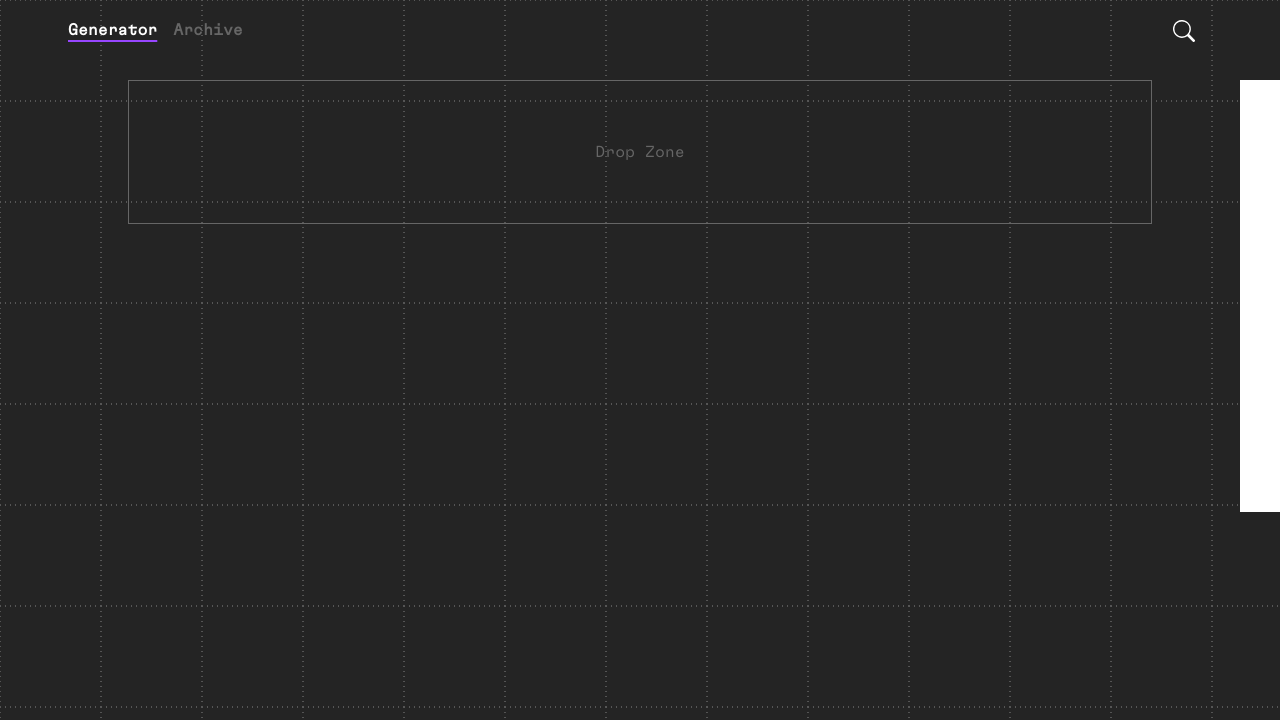
Repository: CastleBelll/project2
Page: / (app in job_app/)
The author's editor kept a copy of each file at every save. The page is drawn from the files as they stood at one save, then again after the next save.
The browser window is 1280 px wide. The pictures show the whole page.
The project was rebuilt for these pictures with package versions that can differ from the ones it lists, and the page was loaded fresh each time. Also part of the build but not shown: job_app/src/Archive/ArchiveMain.css, job_app/src/Archive/ArchiveMain.js, job_app/src/Archive/ArchiveLeft.css, job_app/src/Archive/ArchiveLeft.js, job_app/src/Archive/ArchiveHeader.css, job_app/src/Archive/ArchiveHeader.js, job_app/src/Archive/ArchiveInfo.css, job_app/src/Archive/ArchiveInfo.js and 1 more.

Above is the page before, as saved 2024-12-15 12:55:58.

### job_app/src/App.js
import React, { useEffect } from 'react';
import { BrowserRouter as Router, Routes, Route, Navigate, Link, useLocation } from 'react-router-dom';
import { Container, Navbar, Nav } from 'react-bootstrap';
import { BsSearch } from 'react-icons/bs'; // 검색 아이콘 가져오기
import './App.css';
import Archive from './Archive/Archive';
import Generator from './Generator/Generator';
import 'bootstrap/dist/css/bootstrap.min.css';
import './styles/fonts.css';

function Navigation() {
  const location = useLocation(); // 현재 경로를 가져오기

  return (
    <Navbar expand="lg">
      <Navbar.Collapse id="navbarNav">
        <Nav className="nav-links">
          <Nav.Item>
            <Nav.Link
              as={Link}
              to="/generator"
              className={`nav-link ${location.pathname === '/generator' ? 'active' : ''}`}
            >
              Generator
            </Nav.Link>
          </Nav.Item>
          <Nav.Item>
            <Nav.Link
              as={Link}
              to="/archive"
              className={`nav-link ${location.pathname === '/archive' ? 'active' : ''}`}
            >
              Archive
            </Nav.Link>
          </Nav.Item>
        </Nav>
      </Navbar.Collapse>
      <div className="search-icon">
        <BsSearch />
      </div>
    </Navbar>
  );
}

function App() {
  const location = useLocation();

  useEffect(() => {
    // Archive 경로일 때 body에 'archive-active' 클래스를 추가
    if (location.pathname === '/archive') {
      document.body.classList.add('archive-active');
    } else {
      document.body.classList.remove('archive-active');
    }
  }, [location.pathname]);

  return (
    <div className="app-container">
      <Navigation /> {/* 네비게이션 컴포넌트 사용 */}
      <Container className="content">
        <Routes>
          {/* 기본 경로로 이동 시 /generator로 리디렉션 */}
          <Route path="/" element={<Navigate to="/generator" />} />
          <Route path="/archive" element={<Archive />} />
          <Route path="/generator" element={<Generator />} />
        </Routes>
      </Container>
    </div>
  );
}

export default function MainApp() {
  return (
    <Router>
      <App /> {/* App 컴포넌트는 이제 Router 내부에 위치 */}
    </Router>
  );
}

### job_app/src/App.css
/* 글로벌 스타일 */
body {
  font-family: 'CustomEnglishFont', sans-serif !important;;
  overflow: hidden;
}

/* 한글 전용 스타일 */
body:lang(ko) {
  font-family: 'CustomKoreanFont', sans-serif !important;;
}
/* 전체 앱 컨테이너 */
.app-container {
  display: flex;
  flex-direction: column;
  height: 100vh;
  max-width: 100%;
  max-height: 100%;
  overflow: hidden;
  background-color: #242424; /* 기본 배경색을 #242424로 변경 */
}

/* 네비게이션 바 */
.navbar {
  position: fixed;
  top: 0;
  left: 0;
  width: 100%;
  height: 60px;
  display: flex;
  z-index: 4000; /* 네비게이션 바가 다른 요소 위에 오도록 설정 */
  background-color: #242424; /* 네비게이션 바 배경색 변경 */
  background-image: url('./background_square.png'); /* 이미지 파일 경로 */
  background-repeat: repeat;  /* 가로 및 세로로 반복 */
}

/* Generator 활성화 시 배경 이미지 적용 */
body.generator-active .navbar {
  background-image: url('./background_square.png'); /* Generator 활성화 시 배경 이미지 */
  background-repeat: repeat; /* 가로 및 세로로 반복 */
  background-color: #242424; /* 기본 배경색도 유지 */
}

/* Archive 활성화 시 배경 이미지 제거 */
body.archive-active .navbar {
  background-image: none; /* Archive 활성화 시 배경 이미지 제거 */
  background-color: #ffffff; /* 배경색을 흰색으로 설정 */
}

/* 네비게이션 링크 스타일 */
.nav-links {
  display: flex;
  list-style: none;
  padding: 0;
  margin-left : 60px;
  justify-content: space-between; /* 링크를 양쪽 끝에 배치 */
}

.nav-links a {
  text-decoration: none;
  color: #666666; /* 기본 색상은 회색 */
  font-size : 16px !important;
  font-weight: bold;
  transition: color 0.3s ease, border-bottom 0.3s ease; /* 부드러운 색상 전환 및 밑줄 전환 */
}

.nav-links a:hover,
.nav-links .active {
  color: #ffffff !important; /* 선택 및 활성화 상태에서도 글씨 색상을 흰색으로 고정 */
  text-decoration: underline; /* 밑줄 추가 */
  text-decoration-color: #9746ff; /* 밑줄 색상 보라색으로 설정 */
  text-underline-offset: 5px; /* 밑줄과 글자 사이 간격 조정 */
  text-decoration-thickness: 2px; /* 밑줄 두께를 2px로 설정 */
  z-index: 4000; /* z-index로 navbar 아래로 위치하도록 설정 */
}

/* 콘텐츠 영역 */
.content {
  position: absolute; /* content를 absolute로 설정하여 navbar와 겹치게 함 */
  width:100%;
  height:100%;
  margin:0;
  padding:0;
  background-color: #242424; /* 콘텐츠 배경색 변경 */
}

.content.container{
  margin : 0;
  padding:0;
}

/* 검색 아이콘 스타일 */
.search-icon {
  font-size: 22px;
  margin-right: 85px;
  color: #ffffff; /* 아이콘 색상 흰색 */
  cursor: pointer;
}

@media (min-width: 768px) {
  .container,
  .container-md,
  .container-sm {
    max-width: none !important;
  }
}

/* Generator 활성화 시 배경색 */
body.generator-active .app-container,
body.generator-active .navbar,
body.generator-active .content {
  background-color: #242424; /* Generator가 활성화된 경우 배경색을 통일 */
}

/* Archive 활성화 시 흰색 테마 */
body.archive-active .app-container,
body.archive-active .navbar,
body.archive-active .content {
  background-color: #ffffff; /* 배경을 흰색으로 변경 */
}

body.archive-active .nav-links a {
  color: #333333 !important; /* 링크 색상을 어두운 회색으로 변경 */
}

body.archive-active .nav-links a:hover,
body.archive-active .nav-links .active {
  color: #000000 !important; /* 링크 색상을 검은색으로 변경 */
  text-decoration-color: #2DFF2D; /* 밑줄 색상을 검은색으로 설정 */
}

### job_app/src/styles/fonts.css
@font-face {
    font-family: 'CustomEnglishFont';
    src: url('../fonts/GT-Flexa-Mono-Light-Trial.otf') format('opentype');
    font-weight: normal;
    font-style: normal;
  }

  @font-face {
    font-family: 'CustomKoreanFont';
    src: url('../fonts/FlightSansOTF-Regular.otf') format('opentype');
    font-weight: normal;
    font-style: normal;
  }

### job_app/src/Archive/Archive.css
/* Ensures the container takes up the full height of the viewport */
.archive-container {
  display: flex;
  height: 100vh;
}

/* Left sidebar styling */
.left-sidebar {
  flex: 1; /* 왼쪽 사이드바는 1배수 */
  padding-left: 20px;
  padding-top: 84px;
  background-color: #f0f0f0; /* Light background for sidebar */
  border-right: solid 1px black; /* 테두리 색상을 명시적으로 설정 */
}

/* Right container styling */
.right-container {
  flex: 3; /* 오른쪽 컨테이너는 3배수 */
  display: flex;
  flex-direction: column; /* Stacks children vertically */
}

/* Header styling */
.header {
  height: 15%; /* Adjust height as needed */
  background-color: #333; /* Dark background for header */
  color: white;
  display: flex;
  align-items: center;
  justify-content: center;
  padding: 1rem;
  box-sizing: border-box;
}

/* Main area styling */
.main-area {
  flex: 1; /* Takes up the remaining vertical space */
  background-color: #fff; /* White background for main content */
  overflow: auto; /* Scrollable if content exceeds container height */
  padding: 1rem;
  box-sizing: border-box;
}

### job_app/src/Generator/Generator.css
.Generator {
  position: relative;
  width: 100%;
  height: 100%;
  background-color: #242424;
  overflow: hidden;
  background-image: url('../background_square.png');
  background-repeat: repeat;
}

.event-arial {
  position: absolute;
  pointer-events: none;
  top: 80px;
  width: 80%;
  left: 10%;
  max-width: 80%;  /* 기본적으로 80%로 설정 */
  min-height: 20%;
  display: flex;
  justify-content: center;
  align-items: center;
  font-size: 16px;
  color: #666666;
  border: 1px solid #666666;
  background-color: transparent;
  transition: width 0.5s ease; /* 너비 변화만 부드럽게 */
}

.event-arial.shrink {
  width: calc(100% - 45%); /* generator-arial이 30%일 때 event-arial은 나머지 70% */
}

.main-container {
  width: 100%;
  min-height: 100%;
  display: flex;
  flex-direction: row; /* 좌우로 배치 */
}

.left-container {
  flex: 1;
  min-width: 13%;
}

.right-container {
  flex: 1;
  min-width: 13%;
}

.content-container {
  flex: 1;
  min-width: 74%;
  min-height: 100%;
  display: flex;
  flex-direction: column; /* 세로 방향으로 배치 */
  overflow: hidden;
}

.generator-arial {
  position: absolute;
  top: 80px;
  right: 0;
  display: flex;
  flex-direction: column; /* 세로 방향으로 배치 */
  background-color: white;
  min-width: 40px;
  height: 60%; /* 높이를 고정 */
  transform-origin: right;
  transition: width 0.5s ease; /* 너비 변화만 부드럽게 */
}

.generator-arial.open {
  width: 28%; /* open 상태에서의 width */
  max-height: 100%;
}

.generator-arial.not-open {
  width: 40px; /* not-open 상태에서의 width */
}

.circle {
  position: absolute;
  left: -100px;
  width: 50px; /* 원 크기 */
  height: 50px;
  border-radius: 50%; /* 원형으로 만들기 */
  background-color: white; /* 흰색 배경 */
  z-index: 10; /* 다른 요소들 위에 겹치도록 설정 */
  display: none; /* 기본적으로 숨기기 */
  justify-content: center; /* 가로 중앙 정렬 */
  align-items: center; /* 세로 중앙 정렬 */
}

.circle img {
    position: absolute;
    top: 50%; /* 세로 중앙 */
    left: 50%; /* 가로 중앙 */
    transform: translate(-50%, -50%); /* 정확하게 중앙 정렬 */
}

.generator-arial.open .circle {
  display: block; /* isOpen 상태일 때 원을 보이도록 설정 */
}

/* 이미지 컨테이너 */
.image-container {
  flex: 1;
  display: flex;
  flex-wrap: wrap;
  justify-content: center; /* 중앙 정렬 */
  align-items: center;
  margin-top: 50px;
  margin-bottom: 20px;
  min-width: 100%;
  height:auto;
  opacity: 0; /* 초기 상태에서 투명하게 설정 */
  animation: fadeIn 1s forwards; /* 천천히 나타나는 애니메이션 */
}

.image-container img {
  max-width: 100%; /* 이미지 크기를 부모 크기에 맞게 자동 조정 */
  height: auto;
  object-fit: contain; /* 이미지 비율 유지하며 공간에 맞게 조정 */
  max-height: 285px; /* 이미지 크기를 더 작게 제한 */
  min-height: 285px;
  margin: 5px;
  animation: fadeIn 1.5s forwards; /* 이미지보다 조금 더 긴 시간에 천천히 나타나게 */
}

/* 텍스트 컨테이너 */
.text-container {
  flex: 1;
  display: flex;
  flex-direction: column; /* 세로로 배치 */
  padding: 10px;
  overflow-y: auto;
  opacity: 0; /* 초기 상태에서 투명하게 설정 */
  animation: fadeIn 1.5s forwards; /* 이미지보다 조금 더 긴 시간에 천천히 나타나게 */
}

/* 각 텍스트 항목 */
.text-item {
  margin-bottom: 30px; /* 항목 간 간격 */
  opacity: 0; /* 초기 상태에서 투명하게 설정 */
  overflow: hidden;
  max-height: 100%;
  animation: fadeInItem 2s forwards; /* 항목이 하나씩 천천히 나타나도록 설정 */
  animation-delay: 0.5s; /* 약간의 지연을 주어 항목들이 순차적으로 나타나게 */
}

.title-container,
.category-container {
  text-align: center; /* 텍스트 가운데 정렬 */
  padding: 0;
  overflow: hidden;
}

.title-container {
  flex: 1;
  margin-bottom: 10px;
}

.category-container {
  flex: 1;
  display: flex;
  justify-content: center; /* 항목들을 수평 중앙 정렬 */
  gap: 10px; /* 항목 간 간격 */
  overflow: hidden;
  max-height: 100%;
  flex-wrap: wrap; /* 필요시 줄 바꿈 */
}

.title {
  font-size: 28px;
  font-weight: bold;
  margin-bottom: 5px;
}

.category-item {
  font-size: 16px;
  background-color: #f5f5f5;
  border-radius: 30px;
  padding: 4px 8px;
}

/* 애니메이션 정의 */
@keyframes fadeIn {
  to {
    opacity: 1; /* 최종적으로 불투명하게 */
  }
}

@keyframes fadeInItem {
  to {
    opacity: 1; /* 항목도 최종적으로 불투명하게 */
  }
}

Loaded but not shown: job_app/public/index.html (common file); job_app/src/index.js (common file); job_app/src/index.css (common file); job_app/src/reportWebVitals.js (common file); job_app/public/json/images.json (72 lines, source omitted); job_app/src/Generator/Generator.js (414 lines, source omitted)

After the next save:
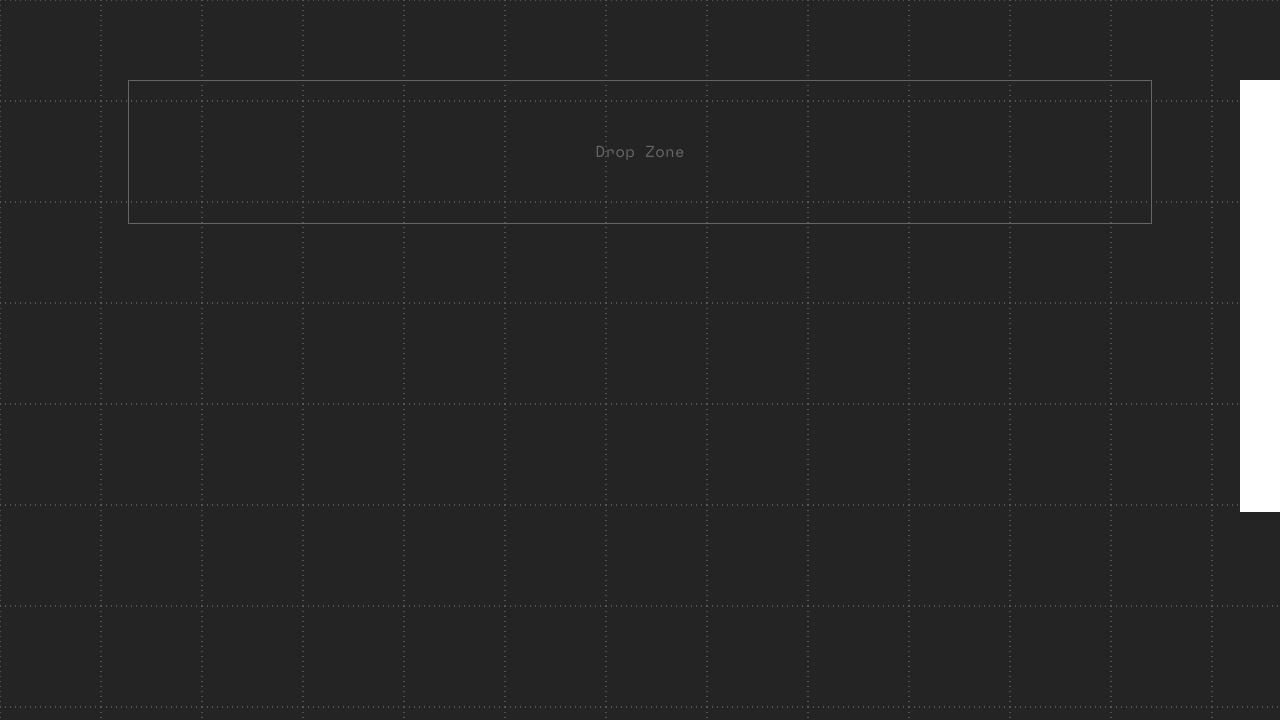
Saved 3 s later.
--- a/job_app/src/App.css
+++ b/job_app/src/App.css
@@ -27,7 +27,7 @@
   width: 100%;
   height: 60px;
   display: flex;
-  z-index: 4000; /* 네비게이션 바가 다른 요소 위에 오도록 설정 */
+  z-index: 000; /* 네비게이션 바가 다른 요소 위에 오도록 설정 */
   background-color: #242424; /* 네비게이션 바 배경색 변경 */
   background-image: url('./background_square.png'); /* 이미지 파일 경로 */
   background-repeat: repeat;  /* 가로 및 세로로 반복 */

After the save that followed:
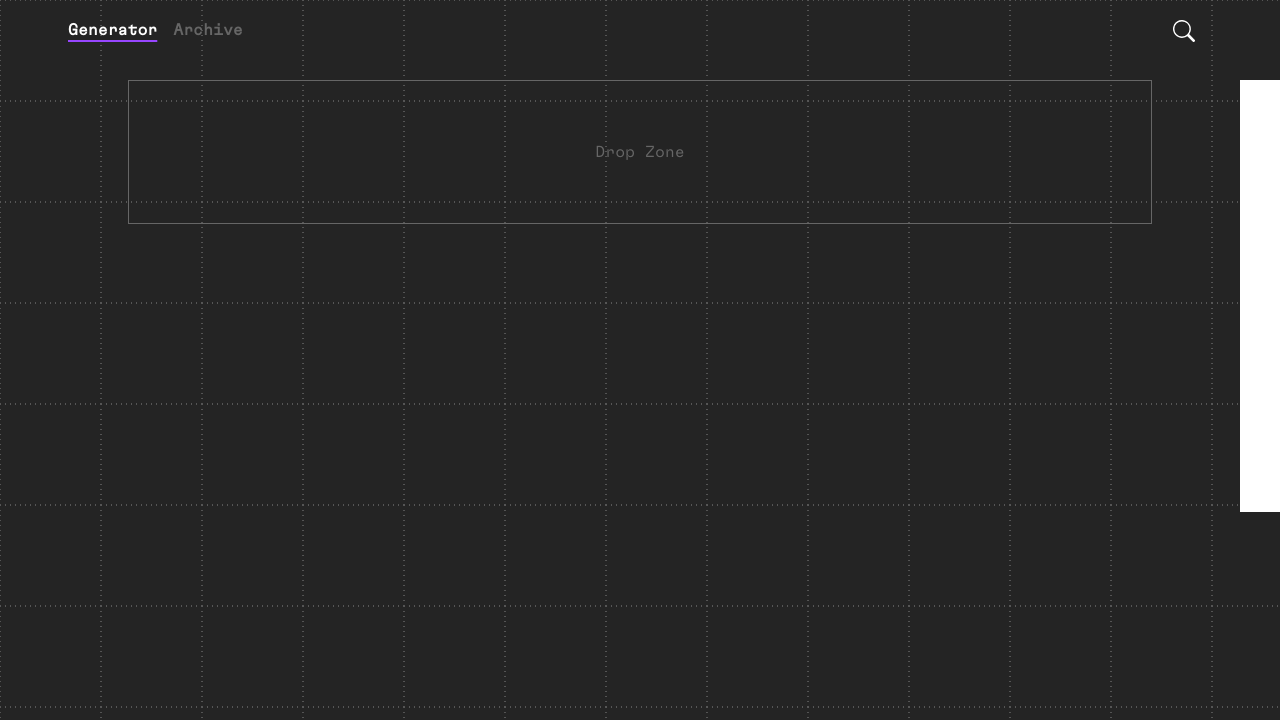
Saved 7 s later.
--- a/job_app/src/App.css
+++ b/job_app/src/App.css
@@ -27,7 +27,7 @@
   width: 100%;
   height: 60px;
   display: flex;
-  z-index: 000; /* 네비게이션 바가 다른 요소 위에 오도록 설정 */
+  z-index: 1000; /* 네비게이션 바가 다른 요소 위에 오도록 설정 */
   background-color: #242424; /* 네비게이션 바 배경색 변경 */
   background-image: url('./background_square.png'); /* 이미지 파일 경로 */
   background-repeat: repeat;  /* 가로 및 세로로 반복 */
